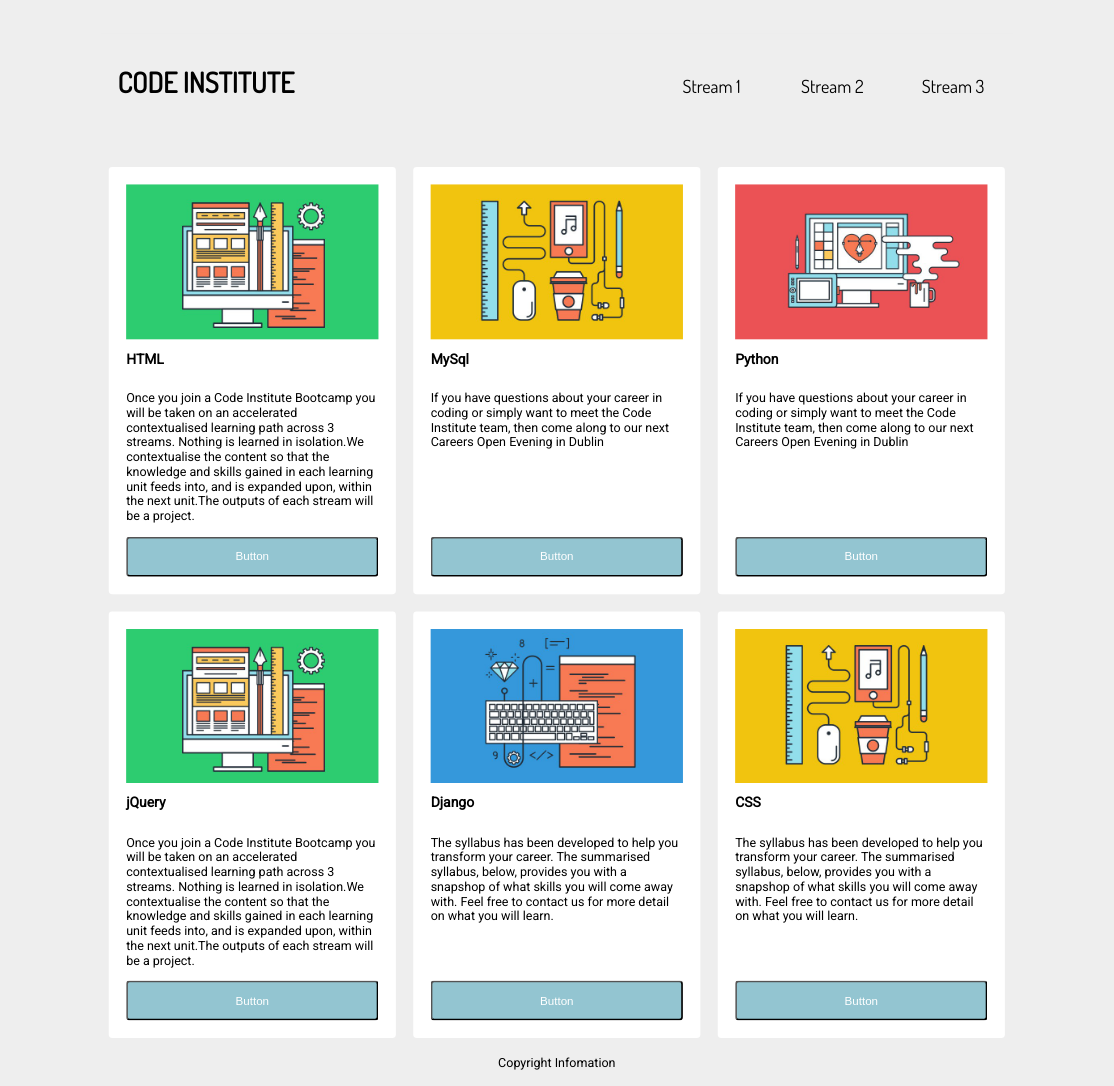
Repository: loosenthedark/CI_jquery-events
Page: Cards-jquery.html
The author's editor kept a record of every edit. The page is drawn from the files as they stood at one moment, then again after the next edit.
The browser window is 1280 px wide. The pictures show the whole page, at 87% of full size.
Some web libraries are served in a nearby version.

Above is the page before.

### Cards-jquery.html
<!DOCTYPE html>
<html lang="en">
<head>
	<meta charset="UTF-8">
	<meta name="viewport" content="width=device-width, initial-scale=1">
	<title>jQuery</title>
	<link href="style.css" rel="stylesheet">
	<link href='https://fonts.googleapis.com/css?family=Roboto' rel='stylesheet' type='text/css'>
	<link href='https://fonts.googleapis.com/css?family=Dosis' rel='stylesheet' type='text/css'>
</head>
<body>
	<div id="container">
		<nav>
			<ul>
				<li id="logoNav">CODE INSTITUTE</li>
				<li id="stream1" class="stream-nav">Stream 1</li>
				<li id="stream2" class="stream-nav">Stream 2</li>
				<li id="stream3" class="stream-nav">Stream 3</li>
			</ul>
		</nav>
		<div class="card stream1-card">
			<img class="card_image" src="img/3.png" alt="coding icon">
			<div class="card_bottom">
				<h2 class="card_head" id="h2_1">HTML</h2>
				<p class="card_para" id="firstpara">Once you join a Code Institute Bootcamp you will be taken on an accelerated contextualised learning path across 3 streams. Nothing is learned in isolation.We contextualise the content so that the knowledge and skills gained in each learning unit feeds into, and is expanded upon, within the next unit.The outputs of each stream will be a project. </p>
				<button class="bottom_button" id="firstbutton">Button</button>
			</div>
		</div>
		<div class="card stream3-card">
			<img class="card_image" src="img/1.png" alt="coding icon">
			<h2 class="card_head" id="h2_2">MySql</h2>
			<p class="card_para" id="secondpara">If you have questions about your career in coding or simply want to meet the Code Institute team, then come along to our next Careers Open Evening in Dublin</p>
			<button class="bottom_button" id="secondbutton">Button</button>
		</div>

		<div class="card stream2-card">
			<img class="card_image" src="img/2.png" alt="coding icon">
			<h2 class="card_head" id="h2_3">Python</h2>
			<p class="card_para" id="thirdpara">If you have questions about your career in coding or simply want to meet the Code Institute team, then come along to our next Careers Open Evening in Dublin</p>
			<button class="bottom_button" id="thirdbutton">Button</button>
		</div>
		<div class="card stream1-card">
			<img class="card_image" src="img/3.png" alt="coding icon">
			<div class="card_bottom">
				<h2 class="card_head" id="h2_4">jQuery</h2>
				<p class="card_para" id="fourthpara">Once you join a Code Institute Bootcamp you will be taken on an accelerated contextualised learning path across 3 streams. Nothing is learned in isolation.We contextualise the content so that the knowledge and skills gained in each learning unit feeds into, and is expanded upon, within the next unit.The outputs of each stream will be a project. </p>
				<button class="bottom_button" id="fourthbutton">Button</button>
			</div>
		</div>
		<div class="card stream3-card">
			<img class="card_image" src="img/4.png" alt="coding icon">
			<h2 class="card_head" id="h2_5">Django</h2>
			<p class="card_para" id="fifthpara">The syllabus has been developed to help you transform your career. The summarised syllabus, below, provides you with a snapshop of what skills you will come away with. Feel free to contact us for more detail on what you will learn.</p>
			<button class="bottom_button" id="fifthbutton">Button</button>
		</div>
		<div class="card stream1-card">
			<img class="card_image" src="img/1.png" alt="coding icon">
			<h2 class="card_head" id="h2_6">CSS</h2>
			<p class="card_para" id="sixthpara">The syllabus has been developed to help you transform your career. The summarised syllabus, below, provides you with a snapshop of what skills you will come away with. Feel free to contact us for more detail on what you will learn.</p>
			<button class="bottom_button" id="sixthbutton">Button</button>
		</div>
		<div id="my_footer">
			<p id="copyright">Copyright Infomation</p>
		</div>
	</div>
	<script src="https://code.jquery.com/jquery-3.2.1.js" integrity="sha256-DZAnKJ/6XZ9si04Hgrsxu/8s717jcIzLy3oi35EouyE=" crossorigin="anonymous"></script>
	<script src="script.js"></script> <!-- Scripts located at the bottom of the body to insure page is fully loaded before execution -->

</body>
</html>

### style.css
body{
	font-family: 'Roboto', sans-serif;
	/*background-image: url(img/code-institute.jpg);
 	background-size: cover;
 	color: #ffffff;*/
 	background-color: #eee;
}

h1{
	font-size: 3em;
	text-align: center;
}
h2{
	font-size: 1em;
	text-align: left;
}
p{
	font-size: .9rem;
}

div{
	border-radius: 4px;
}

.card_image{
	width: 100%;
}
.bottom_button{
	display: flex;
	box-sizing:border-box;
	border-radius: 4px;
	display: block;
	width: 100%;
	background-color:rgba(129, 187, 201,.85);
	text-align: center;
	padding: 1em .75em;
	text-decoration: none;
	color: #fff;

}

.card_bottom{
	display: flex;
	flex-flow:column;
}
.card_head{
	flex:0;
}
.card_para{
	flex:1 0 auto;
}

#container
{
	display: flex;		/* makes container a flexbox*/
	flex-flow: row wrap; 	/* layout the boxes in rows and wrap them*/
	box-sizing:border-box;
	margin-right:auto;
	margin-left:auto;
	max-width:1050px;
}
#logo{
	width: 800px;
	margin: auto;
}

.card{
	flex:1; /* */
	display: flex;	/* make the contents controllable by flexbox*/
	flex-flow:column;	/* */
	min-width: 240px; /**/
	margin: 10px;
	padding: 20px;
	background-color: #fff;
}
.highlight_stream{
	background-color: #EB5255;
}

#my_footer{
	width:100%;
	text-align: center;
}
#copyright{
	margin-top:10px;
	margin-bottom:10px;

}

/*************************
Navigation

**************************/

nav{
	font-family: roboto;
	background-color: #eee;
	margin: 30px auto;
	width: 100%;
}
ul{
	display: flex;
	justify-content:space-between;
	flex-flow: row;
	/*flex-flow: row-reverse;*/
	/*justify-content:flex-end;*/
	/*justify-content:space-around;*/
	/*align-items:flex-start;*/
	align-items:baseline;
	border-radius: 10px;
	list-style-type: none; /*Remove Bullets*/
	padding: 0;
}
li{
	flex:1;
	height: 30px;
	/*width:10%;*/
	/*border:2px solid #000;*/
	/*background-color: #81BBC9;*/
	/*border-radius: 10px;*/
	font-family: Dosis;
	padding:20px 20px 20px 20px;
	text-align: center;
	font-size: 1.3em;
}

#logoNav{
	flex:6;
	text-align: left;
	font-size: 2em;
	font-weight: bold;
}

.underline{
  text-decoration:underline;
}
.border{
  border: solid 5px #ccc;
}

.redpara {
	color: red;
}

.bg_lightblue {
	background: lightblue;
}

.bigheader {
	font-size: 2.5em;
}


@media screen and (max-width: 700px){
	ul{
		flex-flow: column;
		align-items:center;
	}
	li{
		font-size: 2em;
	}
}

### script.js
$(document).ready(function() {

	// $("#stream1_btn").on('click', function() {
 //	$("#stream1").click(function() {
 //		$(".stream1-card").removeClass('highlight_stream');
	// 	$(".stream2-card").removeClass('highlight_stream');
	// 	$(".stream3-card").removeClass('highlight_stream');
	//   	$(".stream1-card").addClass('highlight_stream');
	// });
	// $("#stream2").on("click", function() {
	// 	$(".stream1-card").removeClass('highlight_stream');
	// 	$(".stream2-card").removeClass('highlight_stream');
	// 	$(".stream3-card").removeClass('highlight_stream');
	//   	$(".stream2-card").addClass('highlight_stream');
	// });
	// $("#stream3").on("click", function() {
	// 	$(".stream1-card").removeClass('highlight_stream');
	// 	$(".stream2-card").removeClass('highlight_stream');
	// 	$(".stream3-card").removeClass('highlight_stream');
	//   	$(".stream3-card").addClass('highlight_stream');
	// });

	$('.stream-nav').click(function(){
		var allStreamsCardsSelector = '.card';
		var thisStreamCardsSelector = '.' + this.id + '-card';
		$(allStreamsCardsSelector).removeClass('highlight_stream');
		$(thisStreamCardsSelector).addClass('highlight_stream');
	});

	$('p').click(function(){
		$(this).children('a').toggleClass('link_highlighter');
	});

	$('#button1').click(function(){
		$(this).next().slideToggle('slow');
	});

	$('img').click(function(){
		$('img').next().children('p').slideDown(3000);
	});

	$('.card').click(function(){
		$(this).toggleClass('card_highlighter');
	});

	$('#select').click(function(){
		if ($('.card').css('background-color', 'pink')) {
			$(this).addClass('show_panels');
		} else {
		$('.card').addClass('hide_panels');
		}
	});

	$('#all').click(function(){
		$('.card').addClass('show_panels');
	});

	$('p').click(function() {
		$('p').addClass('redpara');
	});

	$('h2').hover(function() {
		$('h2').addClass('bg_lightblue');
	});

	$('#h2_1').hover(function() {
		$('#h2_2').removeClass('bigheader');
		$('#h2_3').removeClass('bigheader');
		$('#h2_4').removeClass('bigheader');
		$('#h2_5').removeClass('bigheader');
		$('#h2_6').removeClass('bigheader');
		$('#h2_1').addClass('bigheader');
	});

	$('#h2_2').hover(function() {
		$('#h2_1').removeClass('bigheader');
		$('#h2_3').removeClass('bigheader');
		$('#h2_4').removeClass('bigheader');
		$('#h2_5').removeClass('bigheader');
		$('#h2_6').removeClass('bigheader');
		$('#h2_2').addClass('bigheader');
	});

	$('#h2_3').hover(function() {
		$('#h2_1').removeClass('bigheader');
		$('#h2_2').removeClass('bigheader');
		$('#h2_4').removeClass('bigheader');
		$('#h2_5').removeClass('bigheader');
		$('#h2_6').removeClass('bigheader');
		$('#h2_3').addClass('bigheader');
	});

	$('#h2_4').hover(function() {
		$('#h2_1').removeClass('bigheader');
		$('#h2_2').removeClass('bigheader');
		$('#h2_3').removeClass('bigheader');
		$('#h2_5').removeClass('bigheader');
		$('#h2_6').removeClass('bigheader');
		$('#h2_4').addClass('bigheader');
	});

	$('#h2_5').hover(function() {
		$('#h2_1').removeClass('bigheader');
		$('#h2_2').removeClass('bigheader');
		$('#h2_3').removeClass('bigheader');
		$('#h2_4').removeClass('bigheader');
		$('#h2_6').removeClass('bigheader');
		$('#h2_5').addClass('bigheader');
	});

	$('#h2_6').hover(function() {
		$('#h2_1').removeClass('bigheader');
		$('#h2_2').removeClass('bigheader');
		$('#h2_3').removeClass('bigheader');
		$('#h2_4').removeClass('bigheader');
		$('#h2_5').removeClass('bigheader');
		$('#h2_6').addClass('bigheader');
	});

	$('.bottom_button').hover(function() {
		$('body').css('background', 'black');
	});

	$('.bottom_button').mouseleave(function() {
		$('body').css('background', '#eee');
	});

	// $('#firstbutton').click(function() {
	//     $('#firstbutton').hide(3000);
	// });

	$('#firstbutton').click(function() {
	    $('#firstpara').slideToggle(1000, 'linear');
	});

	$('#secondbutton').click(function() {
	    $('#secondpara').slideToggle(1000, 'linear');
	});

	$('#thirdbutton').click(function() {
	    $('#thirdpara').slideToggle(1000, 'linear');
	});

	$('#fourthbutton').click(function() {
	    $('#fourthpara').slideToggle(500, 'linear');
	});

	$('#fifthbutton').click(function() {
	    $('#fifthpara').slideToggle(500, 'linear');
	});

	$('#sixthbutton').click(function() {
	    $('#sixthpara').slideToggle(500, 'linear');
	});

	$('#firstbutton').mouseenter(function() {
		$('#firstbutton').fadeTo(1000, 0.5);
	});

	$('#firstbutton').mouseleave(function() {
		$('#firstbutton').fadeTo(1000, 1);
	});

	$('#secondbutton').mouseenter(function() {
		$('#secondbutton').fadeTo(1000, 0.5);
	});

	$('#secondbutton').mouseleave(function() {
		$('#secondbutton').fadeTo(1000, 1);
	});

	$('#thirdbutton').mouseenter(function() {
		$('#thirdbutton').fadeTo(1000, 0.5);
	});

	$('#thirdbutton').mouseleave(function() {
		$('#thirdbutton').fadeTo(1000, 1);
	});

	$('#fourthbutton').mouseenter(function() {
		$('#fourthbutton').fadeTo(1000, 0.5);
	});

	$('#fourthbutton').mouseleave(function() {
		$('#fourthbutton').fadeTo(1000, 1);
	});

	$('#fifthbutton').mouseenter(function() {
		$('#fifthbutton').fadeTo(1000, 0.5);
	});

	$('#fifthbutton').mouseleave(function() {
		$('#fifthbutton').fadeTo(1000, 1);
	});

	$('#sixthbutton').mouseenter(function() {
		$('#sixthbutton').fadeTo(1000, 0.5);
	});

	$('#sixthbutton').mouseleave(function() {
		$('#sixthbutton').fadeTo(1000, 1);
	});

});

After the next edit:
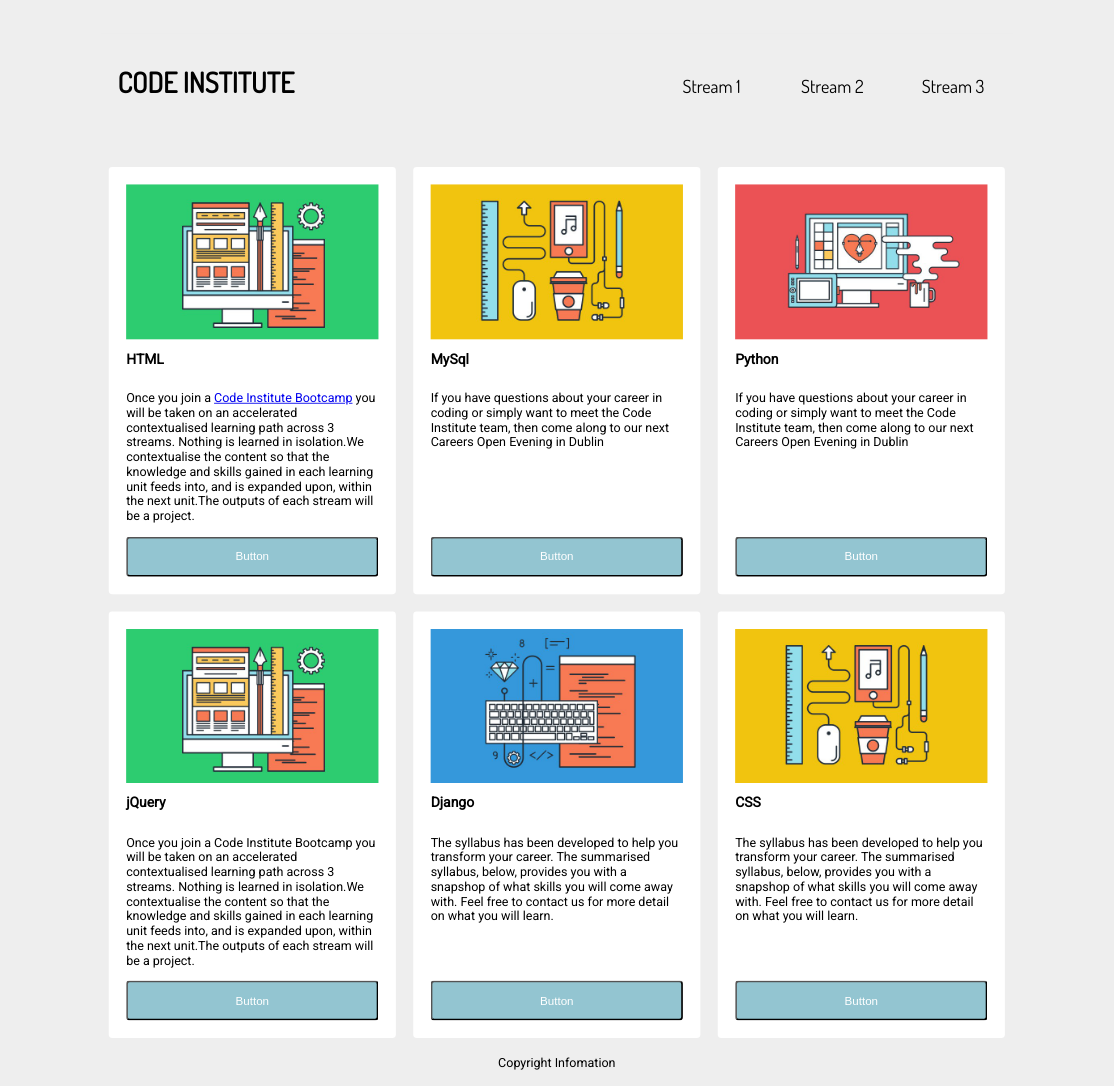
The edit:
--- a/Cards-jquery.html
+++ b/Cards-jquery.html
@@ -22,7 +22,7 @@
 			<img class="card_image" src="img/3.png" alt="coding icon">
 			<div class="card_bottom">
 				<h2 class="card_head" id="h2_1">HTML</h2>
-				<p class="card_para" id="firstpara">Once you join a Code Institute Bootcamp you will be taken on an accelerated contextualised learning path across 3 streams. Nothing is learned in isolation.We contextualise the content so that the knowledge and skills gained in each learning unit feeds into, and is expanded upon, within the next unit.The outputs of each stream will be a project. </p>
+				<p class="card_para" id="firstpara">Once you join a <a href="#">Code Institute Bootcamp</a> you will be taken on an accelerated contextualised learning path across 3 streams. Nothing is learned in isolation.We contextualise the content so that the knowledge and skills gained in each learning unit feeds into, and is expanded upon, within the next unit.The outputs of each stream will be a project. </p>
 				<button class="bottom_button" id="firstbutton">Button</button>
 			</div>
 		</div>
